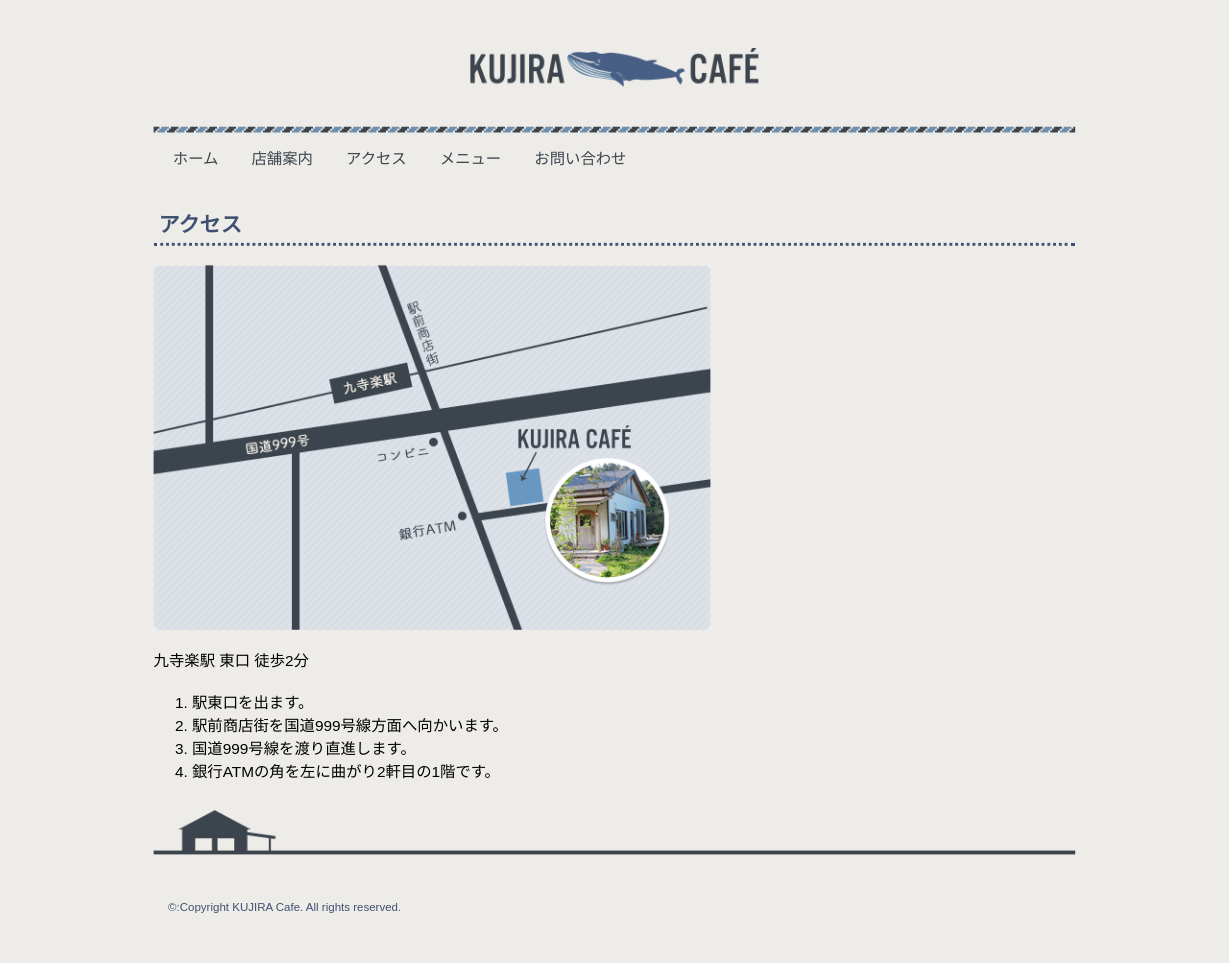
Repository: U-dias/work3
Page: cafe/access.html
The author's editor kept a record of every edit. The page is drawn from the files as they stood at one moment, then again after the next edit.
The browser window is 1280 px wide. The pictures show the whole page, at 96% of full size.

Above is the page before.

### cafe/access.html
<!doctype html>
<html>
  <head>
  <meta charset="utf-8">
  <title>アクセス | KUJIRA Cafe</title>
  <link rel="stylesheet" href="css/style.css">
  </head>
  <body>
    <div class="wrapper">
      <!--ヘッダー-->
        <header class="hearder">
          <h1 class="logo"> <a href="index.html"><img src="images/logo.png" alt="KUJIRA Cafe"></a></h1>
          <nav class="nav">
              <ul>
                <li><a href="index.html">ホーム</a></li>
                <li><a href="about.html">店舗案内</a></li>
                <li><a href="access,html">アクセス</a></li>
                <li><a href="menu.html">メニュー</a></li>
                <li><a href="contact.html">お問い合わせ</a></li>

              </ul>
          </nav>
        </header>
        <!--ヘッダーここまで-->
        <!--メイン-->

        <main>
          <h2>アクセス</h2>
          <div><img src="images/map.png" alt="地図"></div>
          <p>九寺楽駅 東口 徒歩2分</p>
          <ol>
            <li>駅東口を出ます。</li>
            <li>駅前商店街を国道999号線方面へ向かいます。</li>
            <li>国道999号線を渡り直進します。</li>
            <li>銀行ATMの角を左に曲がり2軒目の1階です。</li>

          </ol>

      </main>
      <!--メインここまで-->
      <!--フッター-->
      <footer class="footer">
        <p>&copy:Copyright KUJIRA Cafe. All rights reserved.</p>
      </footer>
      <!--フッターここまで-->
</div>
  </p>
  </body>
</html>

### cafe/css/style.css

/*全てのページに適用*/
html { font-family: sans-serif; }
html * { box-sizing: border-box; }
body { margin: 0 0 0 0;
          background-color: #eeece9; }
.wrapper {margin:0 auto 0 auto;
          max-width:960px;}
h2 { color: #3f5170;
     font-size: 22px ;
     border-bottom: 3px dotted #3f5170;
     margin-top: 20px;
     margin-right: 0px;
     margin-bottom: 20px;
     margin-left: 0px;
     padding-top: 5px;
     padding-right: 5px;
     padding-bottom: 5px;
     padding-left: 5px;
     }
p { line-height: 1.6;}
a:link { color: #d25833;}
a:visited { color:#d25833;}
a:hover { color:#e3937a;}
a:active {color:#ff6a3b;}
img { max-width:100%;
      height:auto;}

/*全てのヘッダーに適用する*/
.logo {margin: 50px 0 40px 0;
line-height: 0;
text-align: center;}

.nav li { display: inline;
          list-style-type:none;
          padding-right: 30px;}

.nav ul { margin: 0 0 0 0;
          padding: 20px 10px 15px 20px;
          background-image: url(../images/menu-bg.png);
          background-repeat: repeat-x;}

.nav a:link{ color: #3c454d;
               text-decoration: none;}
.nav a:visited{ color:#3c454d;
                    text-decoration: none;}
.nav a:hover{ color:#7b8dac;
               text-decoration:none;}
.nav a:active {color:#5a9bcd;
               text-decoration:none;}

/*全てのフッターに適用*/
.footer { background-image:url(../images/footer-bg.png);
          background-repeat:no-repeat;
          margin-top:30px;
          padding:80px 15px 20px 15px;
          font-size: 12px;
          color: #3f5170;}

/*個別スタイル*/
/*index.html*/
.keyvisual { margin: 15px 0 0 0;}
.news-item { margin: 0;}

/*about.html*/
.shop-photo { float: left;
              padding: 0 1em 1em 0;}

.clear { clear: both;}

/*テーブル*/
.info { border-collapse: collapse;}
.info th, .info td { padding: 8px;
                     border: 1px solid #bec27c;
                     text-align: left;}
.info th { background-color: #dde2ea;
           width: 90px;
           color: #3f5170;
           vertical-align: top;}

/*menu.index*/
.menu-item { display: flex;
             border-bottom: 1px dashed #bec2c7;
             padding: 20px 8px;}
.menu-photo { margin-left: 16px;
              flex: 1 1 auto;}
.menu-text { flex: 0 0 336px;}

/*map.html*/
.map { text-align: center;}

/*contact.html*/
form div {
    padding:12px;
    border-bottom: 1px dashed #bec2c7;
}
select {
    width:30em;
}
input[name="subject"] {
    width: 30em;
}
textarea {
    width:30em;
    height:6em;
}
input[type="submit"] {
    margin:20px 0;
    width:30em;
}

/*スマホ向けcss*/
@media (max-width: 767px) {
  /*全体ーナビゲーション*/
  .wrapper {margin:0 8px;}
  .logo {margin:30px 0;}
  .logo img {width:200px;}
  .nav {background-color: #dfddda;}
  .nav li{display:block;}

  /*menu.html - 横並び解除*/
  .menu-item { display:block;}
  .menu-photo { margin-right:0;
                width:100%;}
  .menu-text { width:100%;}

  /*about.html - 画像のパディング調整*/
  .shop-photo { padding-right:0;}

  /*contact.html - フォーム*/
  select {width:100%;}
  input[name="subject"]{width:100%;}
  textarea{width:100%;}
  input[type="submit"]{margin:20px 0;
                        width:100%;}
}

After the next edit:
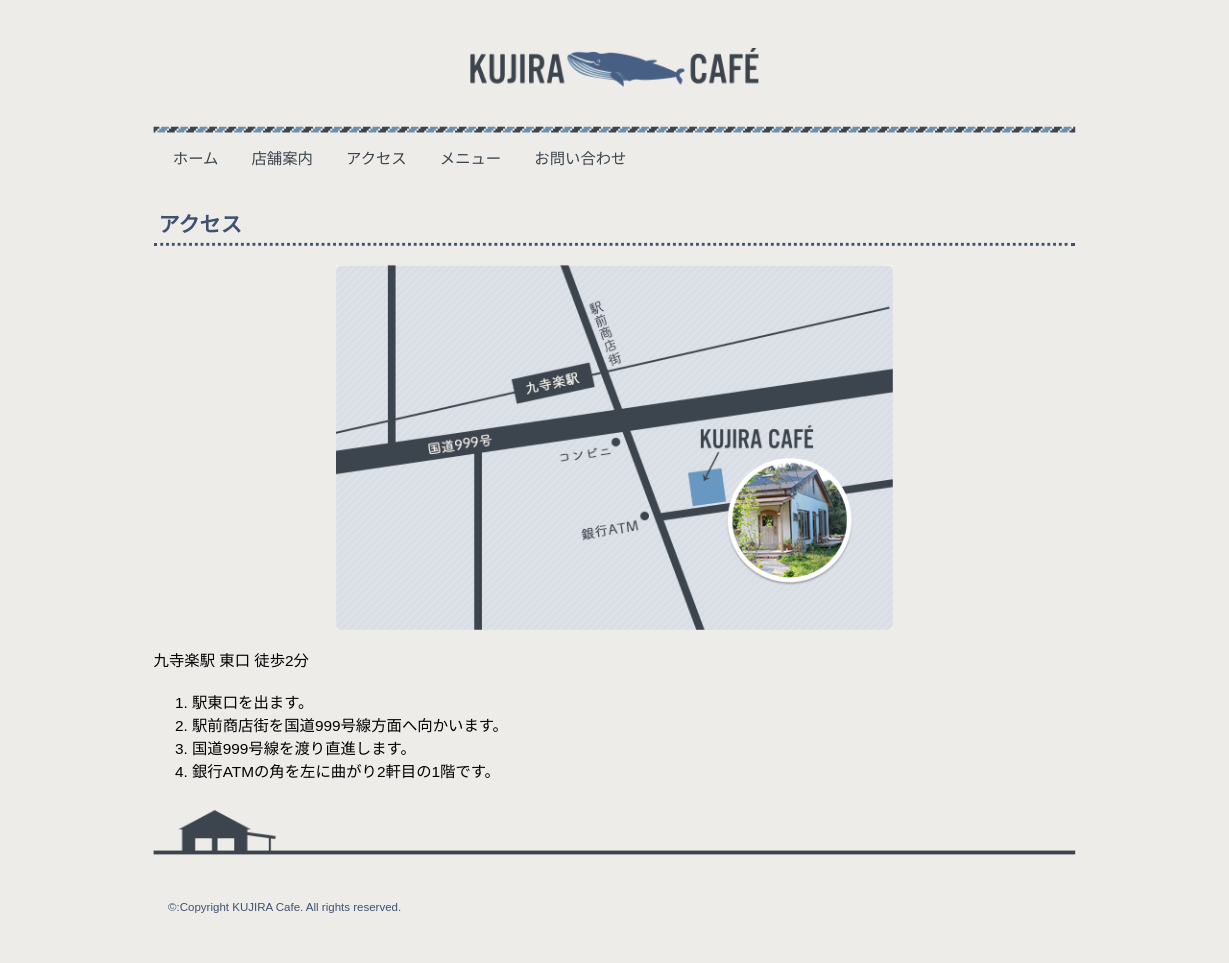
The edit:
--- a/cafe/access.html
+++ b/cafe/access.html
@@ -26,7 +26,7 @@
 
         <main>
           <h2>アクセス</h2>
-          <div><img src="images/map.png" alt="地図"></div>
+          <div class="map"><img src="images/map.png" alt="地図"></div>
           <p>九寺楽駅 東口 徒歩2分</p>
           <ol>
             <li>駅東口を出ます。</li>
